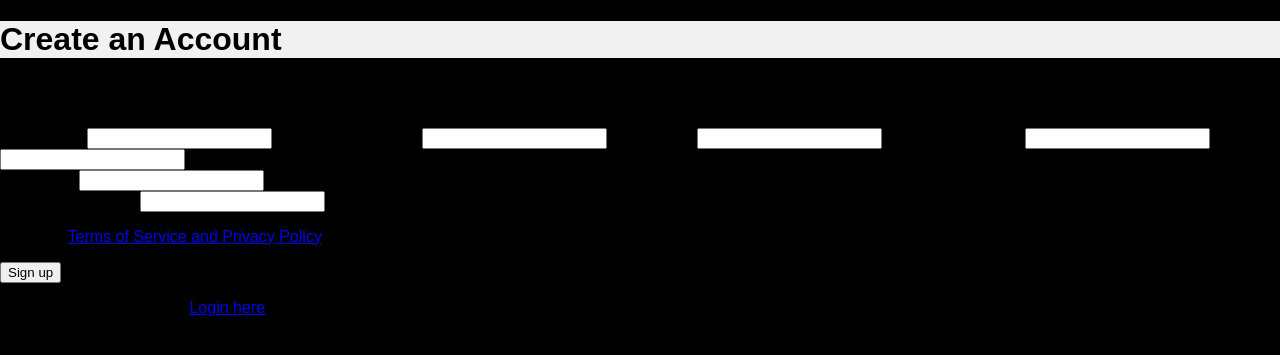
Repository: Lee-Productions-Inc/SNAP_productions
Page: register.html
An editor plug-in stored every save of this project. The page is shown before and after the next save, followed by the edit.
The browser window is 1280 px wide. The pictures show the whole page.

Above is the page before, as saved 2026-09-16 18:29:16.

### register.html
<!DOCTYPE html>
<html lang="en">
<head>
    <meta charset="UTF-8">
    <meta name="viewport" content="width=device-width, initial-scale=1.0">
    <title>Register</title>
    <link rel="stylesheet" href="/designs/main.css">
</head>
<body>
    <div class="header">
        <h1>Create an Account</h1>
    </div>

    <div class="register-container">
        <h2>Register</h2>
        <form action="/register" method="POST">

            <label for="first-name">First Name: </label>
            <input type="text" id="first-name" name="first-name" required>
            <label for="middle-name">Middle Name/Initial: </label>
            <input type="text" id="middle-name" name="middle-name">
            <label for="last-name">Last Name: </label>
            <input type="text" id="last-name" name="last-name" required>

            <label for="university">University/College: </label>
            <input type="text" id="university" name="university" required>

            <label for="email">Email:</label>
            <input type="email" id="email" name="email" required>
            <br>
            <label for="password">Password:</label>
            <input type="password" id="password" name="password" required>
            <br>
            <label for="confirm-password">Confirm Password:</label>
            <input type="password" id="confirm-password" name="confirm-password" required>
            <br>
            <radiohead></radiohead><p>I agree to<a href="/terms-and-privacy">Terms of Service and Privacy Policy</a>.</p>
            <button type="submit">Sign up</button>
        </form>

        <p>Already have an account? <a href="/login">Login here</a></p>
    </div>
</body>
</html>

### designs/main.css
body {
    font-family: Arial, sans-serif;
    margin: 0;
    padding: 0;
    background-color: #000000;
}
.header{
    background-color: #f1f1f1;
}

.login-container {
    width: 300px;
    margin: 100px auto;
    padding: 20px;
    background-color: #ffffff;
    border-radius: 5px;
    box-shadow: 0 0 10px rgba(0, 0, 0, 0.1);
}

After the next save:
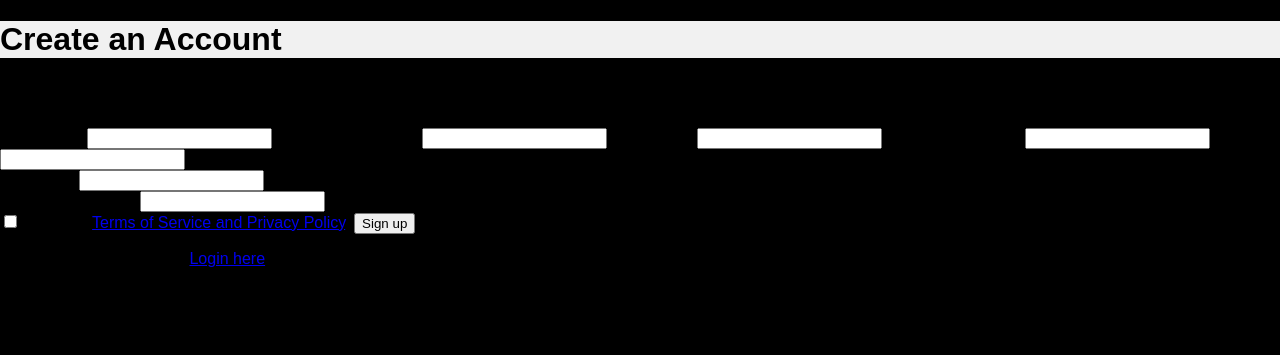
Saved 5 s later.
--- a/register.html
+++ b/register.html
@@ -34,7 +34,8 @@
             <label for="confirm-password">Confirm Password:</label>
             <input type="password" id="confirm-password" name="confirm-password" required>
             <br>
-            <radiohead></radiohead><p>I agree to<a href="/terms-and-privacy">Terms of Service and Privacy Policy</a>.</p>
+            <input type="checkbox" id="terms" name="terms" required>
+            <label for="terms">I agree to<a href="/terms-and-privacy">Terms of Service and Privacy Policy</a>.</label>
             <button type="submit">Sign up</button>
         </form>
 
